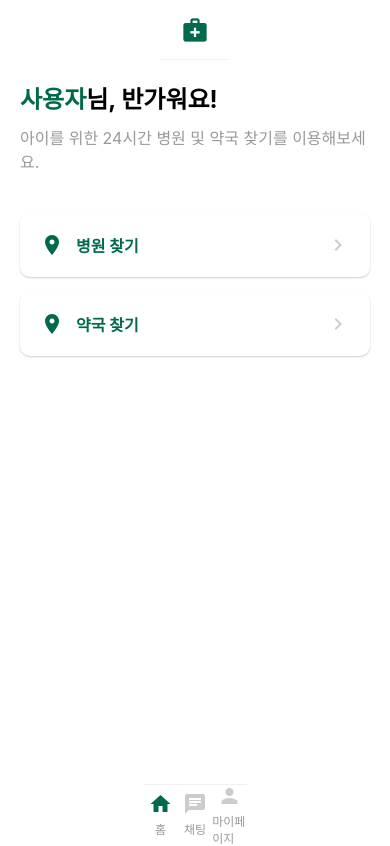
Repository: Sesac-icare/FrontEndiCare
Screen: / (app in iCare/)
The author's editor kept a copy of each file at every save. The screen is drawn from the files as they stood at one save, then again after the next save.
The app was drawn by React Native's web renderer in a window 390 px wide. The project was rebuilt for these pictures with package versions that can differ from the ones it lists, and the page was loaded fresh each time. Some packages were replaced by stand-ins written for this rebuild.

Above is the screen before, as saved 2025-02-04 16:28:53.

### iCare/index.js
import { registerRootComponent } from "expo";

import App from "./App";

// registerRootComponent calls AppRegistry.registerComponent('main', () => App);
// It also ensures that whether you load the app in Expo Go or in a native build,
// the environment is set up appropriately
registerRootComponent(App);

// import { AppRegistry } from "react-native";
// import App from "./src/App";
// import { iCare } from "./app.json";

// import appConfig from "./app.json";

// const appName = appConfig.expo.name;

// AppRegistry.registerComponent(appName, () => App);

### iCare/App.js
import React from "react";
import { View, StyleSheet } from "react-native";
import Header from "./components/Header";
import Contents from "./components/Contents";
import Footer from "./components/Footer";

const App = () => {
  return (
    <View style={styles.container}>
      <Header />
      <Contents />
      <Footer />
    </View>
  );
};

const styles = StyleSheet.create({
  container: {
    flex: 1,
    justifyContent: "center",
    alignItems: "center",
    backgroundColor: "#ffffff"
  }
});

export default App;

### iCare/components/Header.js
import React from "react";
import { View, StyleSheet } from "react-native";
import { MaterialIcons } from "@expo/vector-icons";

export default function Header() {
  return (
    <View style={styles.header}>
      <MaterialIcons name="medical-services" size={28} color="#016a4c" />
    </View>
  );
}

const styles = StyleSheet.create({
  header: {
    height: 60,
    paddingHorizontal: 20,
    flexDirection: "row",
    alignItems: "center",
    backgroundColor: "#fff",
    borderBottomWidth: 1,
    borderBottomColor: "#f0f0f0"
  }
});

### iCare/components/Contents.js
import React from "react";
import { View, Text, StyleSheet, Platform, TouchableOpacity } from "react-native";
import { MaterialIcons } from "@expo/vector-icons";

export default function Contents() {
  return (
    <View style={styles.container}>
      <View style={styles.titleWrapper}>
        <View style={styles.titleContainer}>
          <Text style={styles.titleGreen}>사용자</Text>
          <Text style={styles.title}>님, 반가워요!</Text>
        </View>
        <Text style={styles.subtitle}>
          아이를 위한 24시간 병원 및 약국 찾기를 이용해보세요.
        </Text>
      </View>
      <TouchableOpacity
        style={styles.button}
        onPress={() => {
          console.log("병원 찾기 클릭됨");
        }}
      >
        <View style={styles.buttonContent}>
          <MaterialIcons
            name="location-on"
            size={24}
            color="#016a4c"
            style={styles.buttonIcon}
          />
          <Text style={styles.buttonText}>병원 찾기</Text>
          <MaterialIcons
            name="chevron-right"
            size={24}
            color="#CCCCCC"
            style={styles.arrowIcon}
          />
        </View>
      </TouchableOpacity>
      <TouchableOpacity
        style={styles.button}
        onPress={() => {
          console.log("약국 찾기 클릭됨");
        }}
      >
        <View style={styles.buttonContent}>
          <MaterialIcons
            name="location-on"
            size={24}
            color="#016a4c"
            style={styles.buttonIcon}
          />
          <Text style={styles.buttonText}>약국 찾기</Text>
          <MaterialIcons
            name="chevron-right"
            size={24}
            color="#CCCCCC"
            style={styles.arrowIcon}
          />
        </View>
      </TouchableOpacity>
    </View>
  );
}

const styles = StyleSheet.create({
  container: {
    flex: 1,
    backgroundColor: "#fff",
    padding: 20
  },
  titleWrapper: {
    marginBottom: 40
  },
  titleContainer: {
    flexDirection: "row",
    marginBottom: 10
  },
  titleGreen: {
    fontSize: 24,
    fontWeight: "bold",
    color: "#016a4c"
  },
  title: {
    fontSize: 24,
    fontWeight: "bold",
    color: "black"
  },
  subtitle: {
    fontSize: 16,
    color: "#999999"
  },
  button: {
    backgroundColor: "#fff",
    padding: 20,
    width: "100%",
    borderRadius: 10,
    marginBottom: 15,
    elevation: 2,
    shadowColor: "#000",
    shadowOffset: {
      width: 0,
      height: 1
    },
    shadowOpacity: 0.2,
    shadowRadius: 2
  },
  buttonContent: {
    flexDirection: "row",
    alignItems: "center"
  },
  buttonIcon: {
    marginRight: 12
  },
  arrowIcon: {
    marginLeft: "auto"
  },
  buttonText: {
    fontSize: 16,
    color: "#016a4c",
    fontWeight: "bold"
  }
});

### iCare/components/Footer.js
import React from "react";
import { View, Text, StyleSheet } from "react-native";
import { MaterialIcons } from "@expo/vector-icons";

export default function Footer() {
  return (
    <View style={styles.footer}>
      <View style={styles.footerItem}>
        <MaterialIcons name="home" size={24} color="#016a4c" />
        <Text style={styles.footerText}>홈</Text>
      </View>
      <View style={styles.footerItem}>
        <MaterialIcons name="chat" size={24} color="#CCCCCC" />
        <Text style={styles.footerText}>채팅</Text>
      </View>
      <View style={styles.footerItem}>
        <MaterialIcons name="person" size={24} color="#CCCCCC" />
        <Text style={styles.footerText}>마이페이지</Text>
      </View>
    </View>
  );
}

const styles = StyleSheet.create({
  footer: {
    height: 60,
    flexDirection: "row",
    borderTopWidth: 1,
    borderTopColor: "#f0f0f0",
    backgroundColor: "#fff"
  },
  footerItem: {
    flex: 1,
    justifyContent: "center",
    alignItems: "center"
  },
  footerText: {
    fontSize: 12,
    color: "#999999",
    marginTop: 4
  }
});

After the next save:
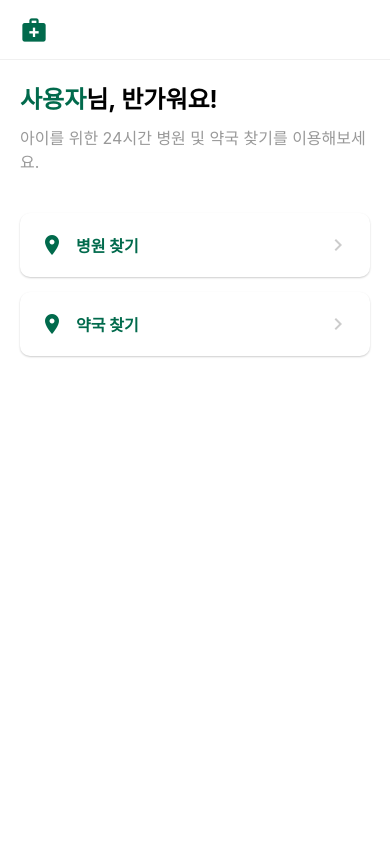
Saved 3 s later.
--- a/iCare/App.js
+++ b/iCare/App.js
@@ -2,14 +2,12 @@ import React from "react";
 import { View, StyleSheet } from "react-native";
 import Header from "./components/Header";
 import Contents from "./components/Contents";
-import Footer from "./components/Footer";
 
 const App = () => {
   return (
     <View style={styles.container}>
       <Header />
       <Contents />
-      <Footer />
     </View>
   );
 };
@@ -17,8 +15,6 @@ const App = () => {
 const styles = StyleSheet.create({
   container: {
     flex: 1,
-    justifyContent: "center",
-    alignItems: "center",
     backgroundColor: "#ffffff"
   }
 });
